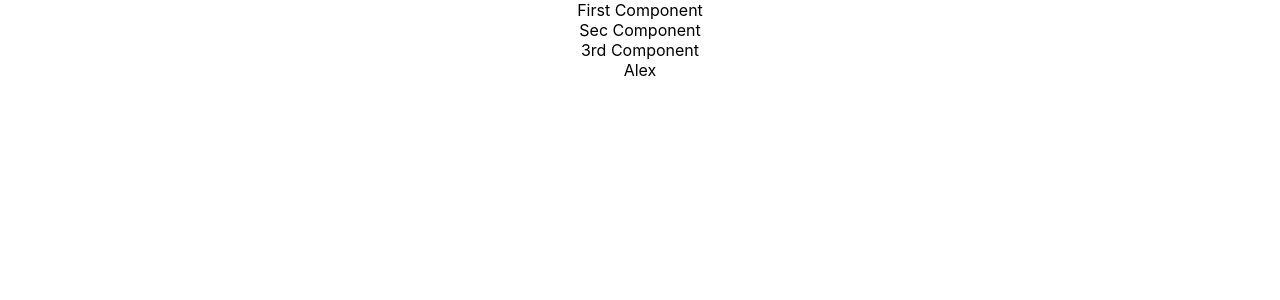
Repository: alexveremis/ReactWithRestAPI
Page: /todos
The author's editor kept a copy of each file at every save. The page is drawn from the files as they stood at one save, then again after the next save.
The browser window is 1280 px wide. The pictures show the whole page.
The project was rebuilt for these pictures with package versions that can differ from the ones it lists, and the page was loaded fresh each time.

Above is the page before, as saved 2023-11-01 14:14:02.

After the next save:
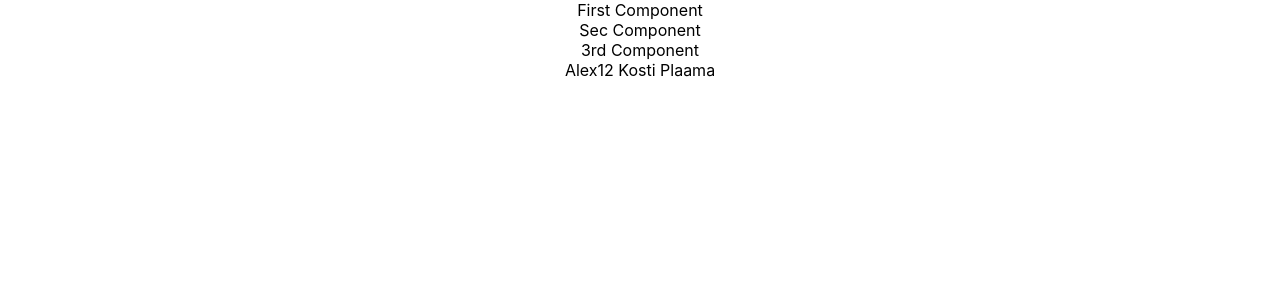
Saved 49 s later.
--- a/src/App.js
+++ b/src/App.js
@@ -3,7 +3,8 @@ import { Component } from 'react';
 import FirstComponent from './components/learning-examples/FirstComponent'
 
 const person ={
-  name: 'Alex'
+  name: 'Alex',
+  address: '12 Kosti Plaama'
 }
 
 
@@ -14,6 +15,7 @@ function App() {
       <SecondComponent></SecondComponent>
       <ThirdComponent></ThirdComponent>
       {person.name}
+      {person.address}
     </div>
   );
 }
